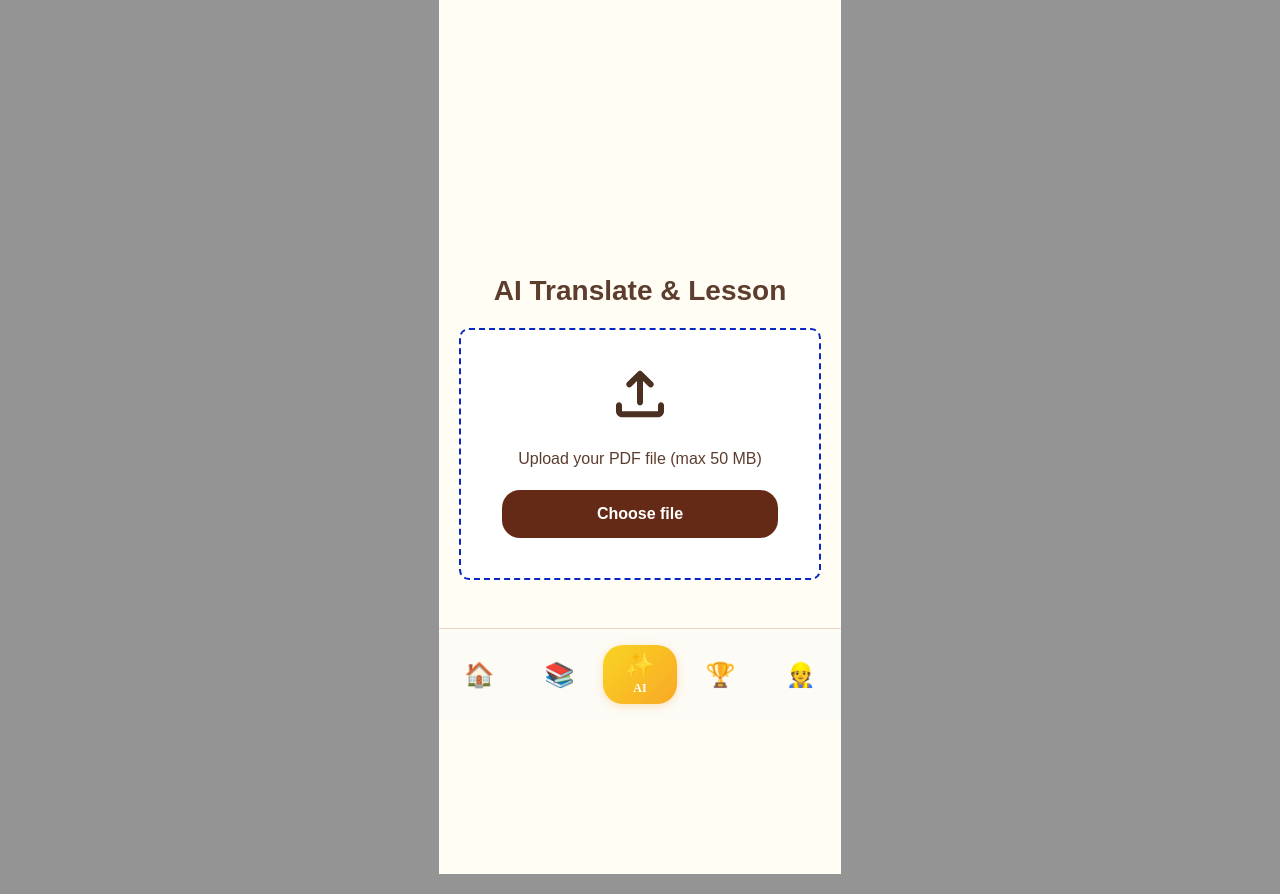
Repository: richelletiongson/Jargon_FrontendShowcase
Page: / (app in jargon_frontend/)
The author's editor kept a copy of each file at every save. The page is drawn from the files as they stood at one save, then again after the next save.
The browser window is 1280 px wide. The pictures show the whole page.
The project was rebuilt for these pictures with package versions that can differ from the ones it lists, and the page was loaded fresh each time. Also part of the build but not shown: jargon_frontend/vite.config.js, jargon_frontend/src/index.css, jargon_frontend/src/home_pages/Home.jsx, jargon_frontend/src/course_pages/Course.jsx, jargon_frontend/src/charts_pages/Charts.jsx, jargon_frontend/src/profile_pages/Profile.jsx.

Above is the page before, as saved 2025-10-22 15:25:26.

### jargon_frontend/index.html
<!doctype html>
<html lang="en">
  <head>
    <meta charset="UTF-8" />
    <link rel="icon" type="image/svg+xml" href="/vite.svg" />
    <meta name="viewport" content="width=device-width, initial-scale=1.0" />
    <title>jargon_frontend</title>
  </head>
  <body>
    <div id="root"></div>
    <script type="module" src="/src/main.jsx"></script>
  </body>
</html>

### jargon_frontend/src/App.jsx
import './App.css'
import NavBar from "./components/NavBar";
import { BrowserRouter, Routes, Route } from "react-router-dom";
import Home from "./home_pages/Home";
import Course from "./course_pages/Course";
import AI from "./ai_pages/AI";
import Charts from "./charts_pages/Charts";
import Profile from "./profile_pages/Profile";

function App() {
  return (
    <BrowserRouter>
            <div className='page'>
                <main className='main-content'>
                    <Routes>
                        <Route
                            path='/'
                            element={<AI />}
                        />
                        <Route
                            path='/home'
                            element={<Home />}
                        />
                        <Route
                            path='/course'
                            element={<Course />}
                        />
                        <Route
                            path='/ai'
                            element={<AI />}
                        />
                        <Route
                            path='/charts'
                            element={<Charts />}
                        />
                        <Route
                            path='/profile'
                            element={<Profile />}
                        />

                    </Routes>
                </main>
                <NavBar />
            </div>
        </BrowserRouter>
  )
}

export default App

### jargon_frontend/src/App.css
* {
  padding: 0;
  margin: 0;
}
main {
  background-color: #949494;
  padding: 0 0 80px 0;
}

### jargon_frontend/src/components/NavBar.jsx
import React from 'react';
import { Link, useLocation } from 'react-router-dom';
import './NavBar.css';

const NavBar = () => {
  const location = useLocation();

  return (
    <div className="bottom-nav">
      <Link to="/home" className={`nav-item ${location.pathname === '/home' ? 'active' : ''}`}>
        <div className="nav-icon">🏠</div>
      </Link>
      <Link to="/course" className={`nav-item ${location.pathname === '/course' ? 'active' : ''}`}>
        <div className="nav-icon">📚</div>
      </Link>
      <Link to="/" className={`nav-item ${location.pathname === '/' ? 'active' : ''}`}>
        <div className="nav-icon">✨</div>
        <span className="nav-text">AI</span>
      </Link>
      <Link to="/charts" className={`nav-item ${location.pathname === '/charts' ? 'active' : ''}`}>
        <div className="nav-icon">🏆</div>
      </Link>
      <Link to="/profile" className={`nav-item ${location.pathname === '/profile' ? 'active' : ''}`}>
        <div className="nav-icon">👷</div>
      </Link>
    </div>
  );
};

export default NavBar;

### jargon_frontend/src/ai_pages/AI.jsx
import React, { useState } from 'react';
import './AI.css';
import UploadIcon from '../assets/Upload_Icon.svg';

const AI = () => {
  const [selectedFile, setSelectedFile] = useState(null);

  const handleFileChange = (event) => {
    const file = event.target.files[0];
    if (file) {
      setSelectedFile(file);
    }
  };

  return (
    <div className="ai-page">
      {/* Main Content */}
      <div className="main-content">
        <h1 className="page-title">AI Translate & Lesson</h1>
        <div className='rocky-container'>

        </div>
        <div className="file-upload-container">
          <div className="file-upload-area">
            <img src={UploadIcon} alt="Upload" className="upload-icon" />
            <p className="upload-text">Upload your PDF file (max 50 MB)</p>
            <input
              type="file"
              id="file-input"
              accept=".pdf"
              onChange={handleFileChange}
              style={{ display: 'none' }}
            />
            <label htmlFor="file-input" className="choose-file-btn">
              Choose file
            </label>
            {selectedFile && (
              <p className="selected-file">Selected: {selectedFile.name}</p>
            )}
          </div>
        </div>
      </div>

    </div>
  );
};

export default AI;

### jargon_frontend/src/components/NavBar.css
/* Bottom Navigation Styles */
.bottom-nav {
  display: flex;
  justify-content: space-around;
  align-items: center;
  background-color: #FDFBF6;
  padding: 16px 0;
  width: 402px;
  border-top: 1px solid #E8D5C4;
  position: fixed;
  bottom: 0;
  left: 50%;
  transform: translateX(-50%);
  z-index: 100;
}

.nav-item {
  display: flex;
  flex-direction: column;
  align-items: center;
  gap: 4px;
  padding: 8px 12px;
  border-radius: 20px;
  transition: all 0.3s ease;
  cursor: pointer;
  min-width: 50px;
  text-decoration: none;
  color: inherit;
}

.nav-item:hover {
  background-color: #F5F0E8;
}

.nav-item.active {
  background: linear-gradient(135deg, #F9D423 0%, #F9A826 100%);
  color: white;
  box-shadow: 0 2px 8px rgba(249, 164, 38, 0.3);
}

.nav-icon {
  font-size: 24px;
  line-height: 1;
}

.nav-text {
  font-size: 12px;
  font-weight: 600;
  color: inherit;
}

.nav-item:not(.active) .nav-icon {
  color: #5C3D2E;
}

/* Responsive Design */
@media (max-width: 480px) {
  .nav-icon {
    font-size: 20px;
  }

  .nav-text {
    font-size: 10px;
  }
}

### jargon_frontend/src/home_pages/Home.css
/* Home Page Styles */
.home-page {
  min-height: 100vh;
  background-color: #FDFBF6;
  display: flex;
  flex-direction: column;
  font-family: -apple-system, BlinkMacSystemFont, 'Segoe UI', 'Roboto', sans-serif;
}

.status-bar {
  display: flex;
  justify-content: space-between;
  align-items: center;
  padding: 12px 20px;
  background-color: #FDFBF6;
  color: #5C3D2E;
  font-size: 16px;
  font-weight: 600;
}

.status-icons {
  display: flex;
  gap: 8px;
  font-size: 18px;
}

.main-content {
  flex: 1;
  padding: 40px 20px;
  display: flex;
  flex-direction: column;
  align-items: center;
  justify-content: center;
  text-align: center;
}

.page-title {
  font-size: 28px;
  font-weight: bold;
  color: #5C3D2E;
  margin-bottom: 20px;
}

.coming-soon {
  color: #5C3D2E;
  font-size: 18px;
  opacity: 0.7;
}

### jargon_frontend/src/course_pages/Course.css
/* Course Page Styles */
.course-page {
  min-height: 100vh;
  background-color: #FDFBF6;
  display: flex;
  flex-direction: column;
  font-family: -apple-system, BlinkMacSystemFont, 'Segoe UI', 'Roboto', sans-serif;
}

.status-bar {
  display: flex;
  justify-content: space-between;
  align-items: center;
  padding: 12px 20px;
  background-color: #FDFBF6;
  color: #5C3D2E;
  font-size: 16px;
  font-weight: 600;
}

.status-icons {
  display: flex;
  gap: 8px;
  font-size: 18px;
}

.main-content {
  flex: 1;
  padding: 40px 20px;
  display: flex;
  flex-direction: column;
  align-items: center;
  justify-content: center;
  text-align: center;
}

.page-title {
  font-size: 28px;
  font-weight: bold;
  color: #5C3D2E;
  margin-bottom: 20px;
}

.coming-soon {
  color: #5C3D2E;
  font-size: 18px;
  opacity: 0.7;
}

### jargon_frontend/src/ai_pages/AI.css
/* AI Page Styles */
.ai-page {
  min-height: 874px;
  width: 402px;
  background-color: #FFFDF4;
  display: flex;
  flex-direction: column;
  font-family: poppins, sans-serif;
  margin: 0;
  padding: 0;
}

/* Main Content */
.main-content {
  flex: 1;
  padding: 0 20px 20px 20px !important;
  padding-top: 0 !important;
  display: flex;
  flex-direction: column;
  align-items: center;
  justify-content: flex-start;
  text-align: center;
}

.page-title {
  font-size: 28px;
  font-weight: bold;
  color: #5C3D2E;
  margin: 0 0 40px 0;
  padding: 0;
  line-height: 1.2;
}

.file-upload-container {
  width: 100%;
  max-width: 400px;
  margin: 0 auto;
}

.file-upload-area {
  background-color: white;
  border: 2px dashed #0828C0;
  border-radius: 10px;
  padding: 40px 20px;
  display: flex;
  flex-direction: column;
  align-items: center;
  gap: 20px;
}

.upload-icon {
  width: 48px;
  height: 48px;
  color: #6F2E17;
  margin-bottom: 10px;
}

.upload-text {
  color: #5C3D2E;
  font-size: 16px;
  margin: 0;
  line-height: 1.4;
}

.choose-file-btn {
  background-color: #652A15;
  color: white;
  border-radius: 18px;
  border: none;
  font-size: 16px;
  font-weight: 600;
  display: flex;
  justify-content: center;
  align-items: center;
  width: 276px;
  height: 48px;
}

.selected-file {
  color: #5C3D2E;
  font-size: 14px;
  margin: 10px 0 0 0;
  font-style: italic;
}

### jargon_frontend/src/charts_pages/Charts.css
/* Charts Page Styles */
.charts-page {
  min-height: 100vh;
  background-color: #FDFBF6;
  display: flex;
  flex-direction: column;
  font-family: -apple-system, BlinkMacSystemFont, 'Segoe UI', 'Roboto', sans-serif;
}

.status-bar {
  display: flex;
  justify-content: space-between;
  align-items: center;
  padding: 12px 20px;
  background-color: #FDFBF6;
  color: #5C3D2E;
  font-size: 16px;
  font-weight: 600;
}

.status-icons {
  display: flex;
  gap: 8px;
  font-size: 18px;
}

.main-content {
  flex: 1;
  padding: 40px 20px;
  display: flex;
  flex-direction: column;
  align-items: center;
  justify-content: center;
  text-align: center;
}

.page-title {
  font-size: 28px;
  font-weight: bold;
  color: #5C3D2E;
  margin-bottom: 20px;
}

.coming-soon {
  color: #5C3D2E;
  font-size: 18px;
  opacity: 0.7;
}

### jargon_frontend/src/profile_pages/Profile.css
/* Profile Page Styles */
.profile-page {
  min-height: 100vh;
  background-color: #FDFBF6;
  display: flex;
  flex-direction: column;
  font-family: -apple-system, BlinkMacSystemFont, 'Segoe UI', 'Roboto', sans-serif;
}

.status-bar {
  display: flex;
  justify-content: space-between;
  align-items: center;
  padding: 12px 20px;
  background-color: #FDFBF6;
  color: #5C3D2E;
  font-size: 16px;
  font-weight: 600;
}

.status-icons {
  display: flex;
  gap: 8px;
  font-size: 18px;
}

.main-content {
  flex: 1;
  padding: 40px 20px;
  display: flex;
  flex-direction: column;
  align-items: center;
  justify-content: center;
  text-align: center;
}

.page-title {
  font-size: 28px;
  font-weight: bold;
  color: #5C3D2E;
  margin-bottom: 20px;
}

.coming-soon {
  color: #5C3D2E;
  font-size: 18px;
  opacity: 0.7;
}

Loaded but not shown: jargon_frontend/src/main.jsx (common file)

After the next save:
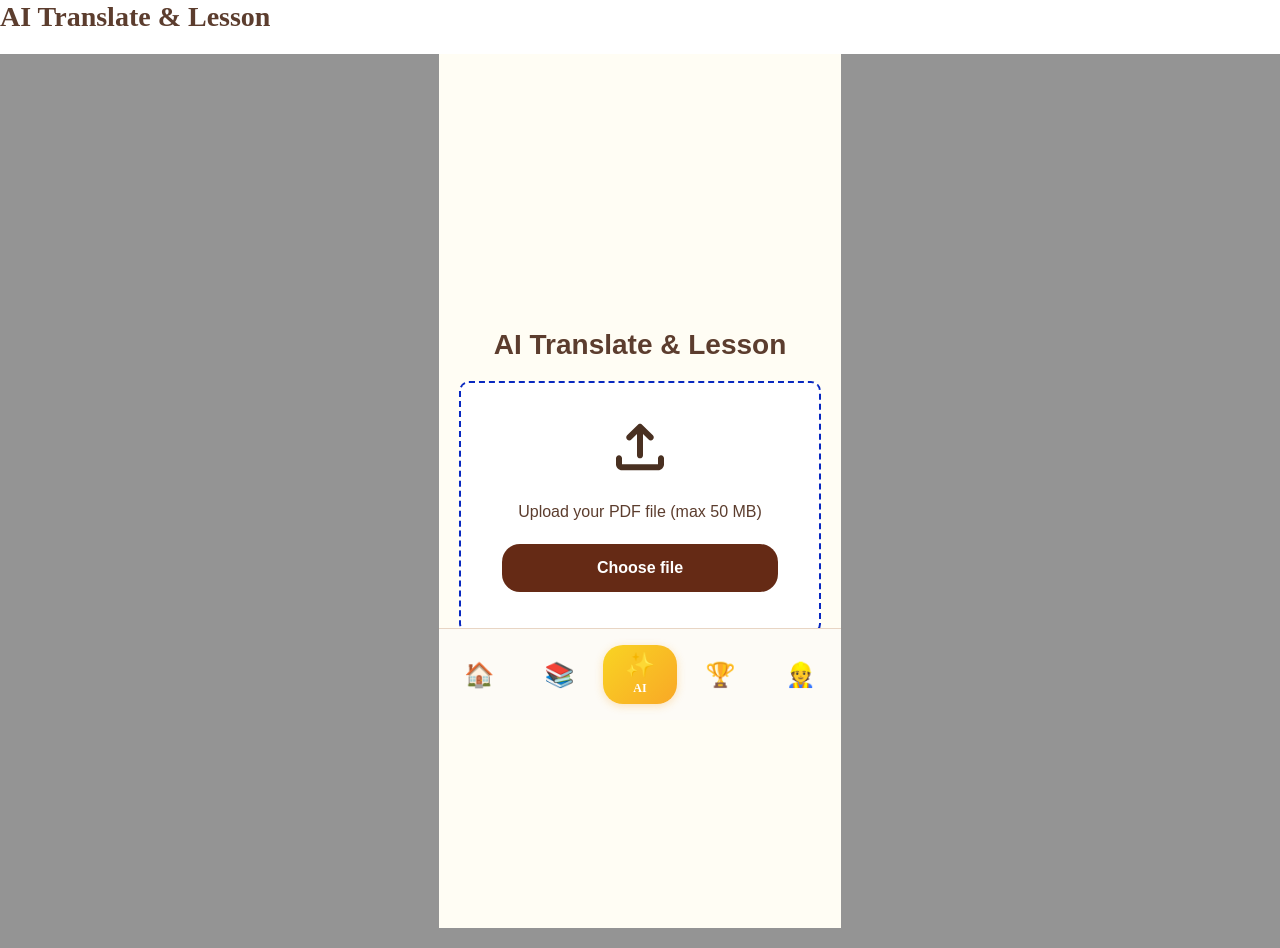
Saved 83 s later.
--- a/jargon_frontend/src/App.jsx
+++ b/jargon_frontend/src/App.jsx
@@ -11,6 +11,7 @@ function App() {
   return (
     <BrowserRouter>
             <div className='page'>
+            <h1 className="page-title">AI Translate & Lesson</h1>
                 <main className='main-content'>
                     <Routes>
                         <Route
